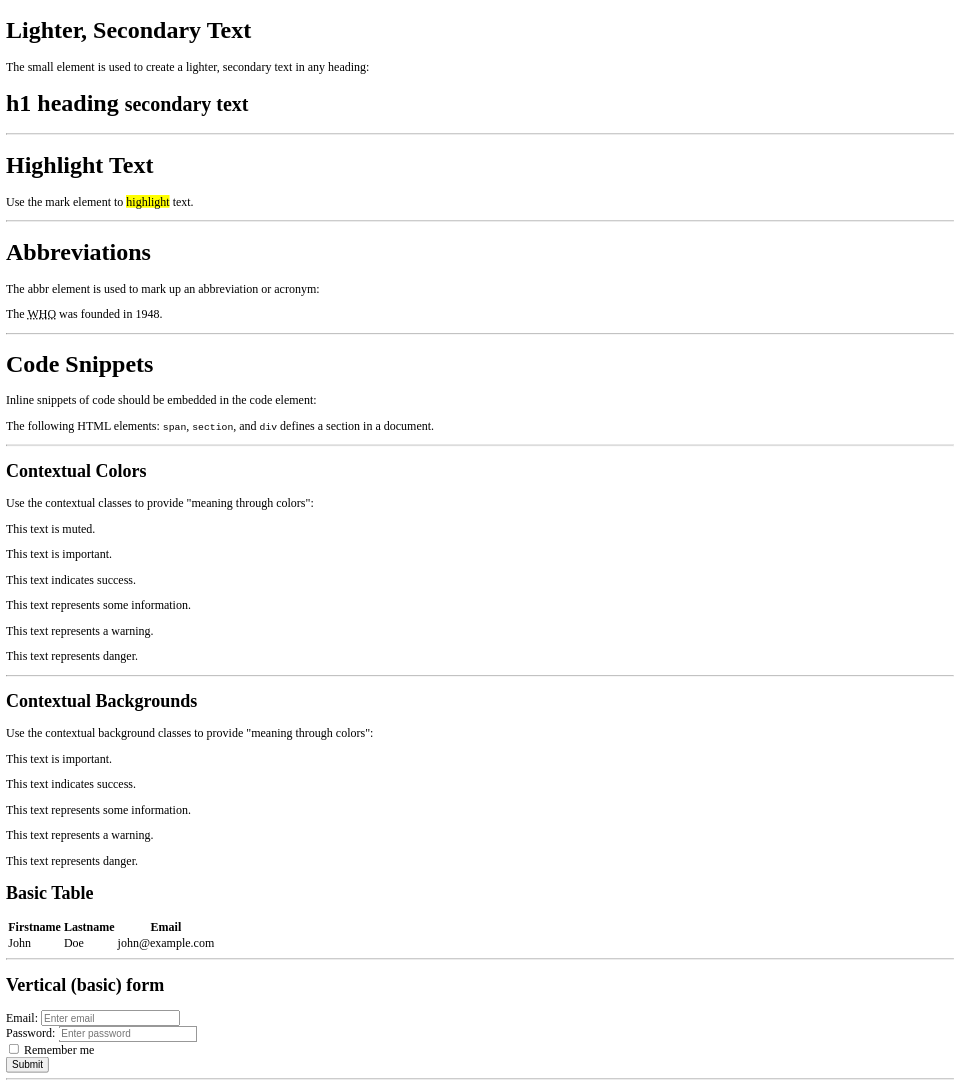
Repository: Sonalitanika/Assigment_IT17048842
Page: Lab09/WebContent/index.html
These files come from the project's save history. The page is drawn as it stood at one moment and after the next save; the edit follows.
The browser window is 1280 px wide. The pictures show the whole page, at 75% of full size.

Above is the page before, as saved 2019-05-25 14:29:32.

After the next save:
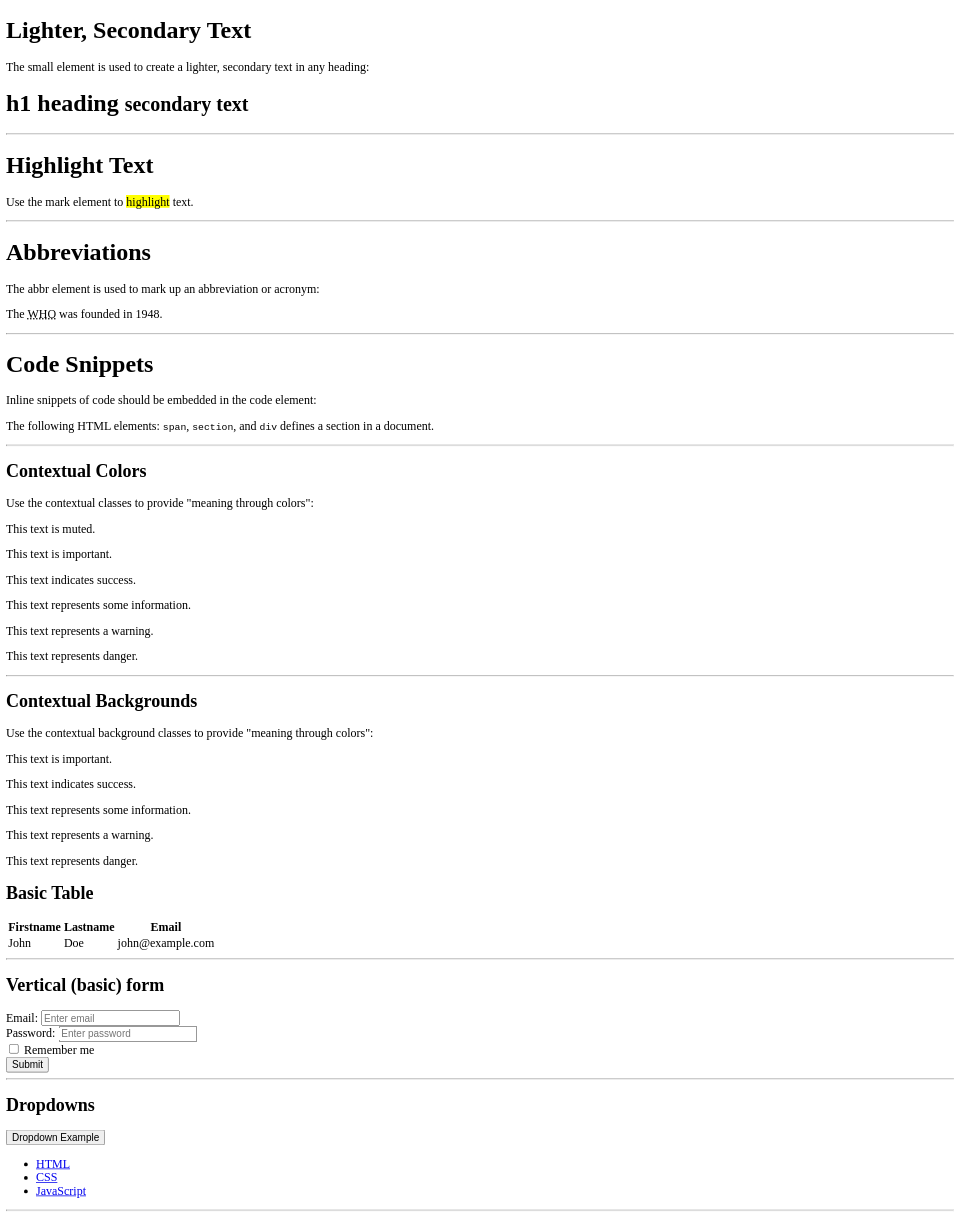
Saved 18 s later.
--- a/Lab09/WebContent/index.html
+++ b/Lab09/WebContent/index.html
@@ -103,5 +103,19 @@ name="pwd">
  </form>
 </div>
 <hr>
+
+<div class="container">
+ <h2>Dropdowns</h2>
+ <div class="dropdown">
+ <button class="btn btn-primary dropdown-toggle" type="button" datatoggle="dropdown">Dropdown Example
+ <span class="caret"></span></button>
+ <ul class="dropdown-menu">
+ <li><a href="#">HTML</a></li>
+ <li><a href="#">CSS</a></li>
+ <li><a href="#">JavaScript</a></li>
+ </ul>
+ </div>
+</div>
+<hr>
 </body>
 </html>
